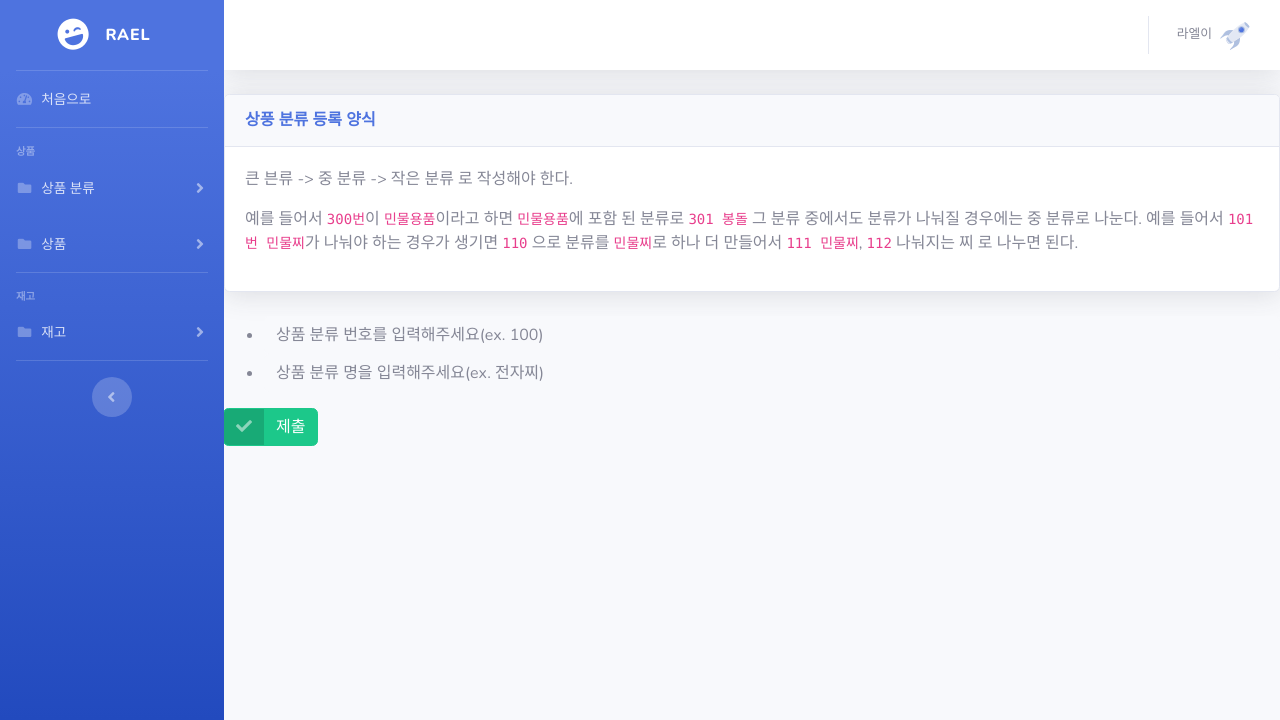
Repository: sww232/springRaelProject
Page: http://localhost/rael/WEB-INF/views/product/category_insert.jsp
The author's editor kept a copy of each file at every save. The page is drawn from the files as they stood at one save, then again after the next save.
The browser window is 1280 px wide. The pictures show the whole page.
The page is served by Tomcat 9. Nobody is signed in. Other server files are loaded and not shown. The template is opened directly, without the code that normally fills it, so the values that code supplies are empty.

Above is the page before, as saved 2022-10-06 19:12:06.

### raelproject3/rael/src/main/webapp/WEB-INF/views/product/category_insert.jsp
<%@ page language="java" contentType="text/html; charset=UTF-8" pageEncoding="UTF-8"%>
<%@ taglib uri="http://java.sun.com/jsp/jstl/core" prefix="c" %>
<%@ taglib prefix="sql" uri="http://java.sun.com/jsp/jstl/sql" %>
<%@ taglib prefix="fmt" uri="http://java.sun.com/jsp/jstl/fmt" %>
<!DOCTYPE html>
<html>
<head>
	    <meta name="viewport" content="width=device-width, initial-scale=1, shrink-to-fit=no">
	    <meta name="description" content="">
	    <meta name="author" content="">
	    <meta charset="UTF-8">
			<title>메인</title>

		<link href="/vendor/fontawesome-free/css/all.min.css" rel="stylesheet" type="text/css">
	    <link
	        href="https://fonts.googleapis.com/css?family=Nunito:200,200i,300,300i,400,400i,600,600i,700,700i,800,800i,900,900i"
	        rel="stylesheet">

	    <!-- Custom styles for this template -->
	    <link href="/css/sb-admin-2.min.css" rel="stylesheet">
	    <script src="/vendor/jquery/jquery.min.js"></script>
	    <script src="/vendor/bootstrap/js/bootstrap.bundle.min.js"></script>

	    <!-- Core plugin JavaScript-->
	    <script src="/vendor/jquery-easing/jquery.easing.min.js"></script>

	    <!-- Custom scripts for all pages-->
	    <script src="/js/sb-admin-2.min.js"></script>

	    <!-- Page level plugins -->
	    <script src="/vendor/datatables/jquery.dataTables.min.js"></script>
	    <script src="/vendor/datatables/dataTables.bootstrap4.min.js"></script>

	    <!-- Page level custom scripts -->
	    <script src="/js/demo/datatables-demo.js"></script>

	    <!-- Custom styles for this page -->
	    <link href="/vendor/datatables/dataTables.bootstrap4.min.css" rel="stylesheet">

	</head>
	<body id="page-top">
	<form>
		<div class="modal fade" id="moaModal1" tabindex="-1" role="dialog" aria-labelledby="exampleModalLabel" aria-hidden="true">

			<div class="modal-dialog" role="document">
				<div class="modal-content">
					<div class="modal-header">
						<h5 class="modal-title" id="exampleModalLabel">상품 등록을 위한 카테고리 선택</h5>
						<button class="close" type="button" data-dismiss="modal" aria-label="Close">
							<span aria-hidden="true">x</span>
						</button>
						</div>
						<div class="modal-body">
							<select name="categoryBox1" id="categoryBox1">
								<option value="defaultValue" selected></option>
								<c:forEach var="list" items="${categorynums}">
									<option value="${list}">
										${list}
									</option>
								</c:forEach>
							</select>
						</div>
					<div class="modal-footer">
						<button class="btn btn-primary" type="button" data-dismiss="modal">Cancel</button>
						<button class="btn btn-primary" type="submit" formaction="/product/product_insert">Choice</button>
					</div>
				</div>
			</div>
		</div>
		<div class="modal fade" id="moaModal2" tabindex="-1" role="dialog" aria-labelledby="exampleModalLabel" aria-hidden="true">

			<div class="modal-dialog" role="document">
				<div class="modal-content">
					<div class="modal-header">
						<h5 class="modal-title" id="exampleModalLabel">상품 추가 등록을 위한 카테고리 선택</h5>
						<button class="close" type="button" data-dismiss="modal" aria-label="Close">
							<span aria-hidden="true">x</span>
						</button>
						</div>
						<div class="modal-body">
							<select name="categoryBox2" id="categoryBox2">
								<option value="defaultValue" selected></option>
								<c:forEach var="list" items="${categorynums}">
									<option value="${list}">
										${list}
									</option>
								</c:forEach>
							</select>
						</div>
					<div class="modal-footer">
						<button class="btn btn-primary" type="button" data-dismiss="modal">Cancel</button>
						<button class="btn btn-primary" type="submit" formaction="/product/product_insert_detail">Choice</button>
					</div>
				</div>
			</div>
		</div>
		<div class="modal fade" id="moaModal3" tabindex="-1" role="dialog" aria-labelledby="exampleModalLabel" aria-hidden="true">

			<div class="modal-dialog" role="document">
				<div class="modal-content">
					<div class="modal-header">
						<h5 class="modal-title" id="exampleModalLabel">상품명/상세정보 수정을 위한 카테고리 선택</h5>
						<button class="close" type="button" data-dismiss="modal" aria-label="Close">
							<span aria-hidden="true">x</span>
						</button>
						</div>
						<div class="modal-body">
							<select name="categoryBox3" id="categoryBox3">
								<option value="defaultValue" selected></option>
								<c:forEach var="list" items="${categorynums}">
									<option value="${list}">
										${list}
									</option>
								</c:forEach>
							</select>
						</div>
					<div class="modal-footer">
						<button class="btn btn-primary" type="button" data-dismiss="modal">Cancel</button>
						<button class="btn btn-primary" type="submit" formaction="/product/product_update">Choice</button>
					</div>
				</div>
			</div>
		</div>
	</form>
	<div id="wrapper">
		 <ul class="navbar-nav bg-gradient-primary sidebar sidebar-dark accordion" id="accordionSidebar">

            <!-- Sidebar - Brand -->
            <a class="sidebar-brand d-flex align-items-center justify-content-center" href="/">
                <div class="sidebar-brand-icon rotate-n-15">
                    <i class="fas fa-laugh-wink"></i>
                </div>
                <div class="sidebar-brand-text mx-3">RAEL</div>
            </a>

            <!-- Divider -->
            <hr class="sidebar-divider my-0">

            <!-- Nav Item - Dashboard -->
            <li class="nav-item">
                <a class="nav-link" href="/">
                    <i class="fas fa-fw fa-tachometer-alt"></i>
                    <span>처음으로</span></a>
            </li>

            <!-- Divider -->
            <hr class="sidebar-divider">

            <!-- Heading -->
            <div class="sidebar-heading">
                상품
            </div>

            <!-- Nav Item - Pages Collapse Menu -->
            <li class="nav-item">
                <a class="nav-link collapsed" href="#" data-toggle="collapse" data-target="#collapseTwo"
                    aria-expanded="true" aria-controls="collapseTwo">
                    <i class="fas fa-fw fa-folder"></i>
                    <span>상품 분류</span>
                </a>
                <div id="collapseTwo" class="collapse" aria-labelledby="headingTwo" data-parent="#accordionSidebar">
                    <div class="bg-white py-2 collapse-inner rounded">
                        <h6 class="collapse-header">상풍 분류 탭</h6>
                        <a class="collapse-item" href="/product/category_select?page=1&recordSize=10&pageSize=10">상품 분류 조회</a>
                        <a class="collapse-item" href="/product/category_insert?insertresult=0">상품 분류 등록</a>
                        <a class="collapse-item" href="/product/category_update">상품 분류 수정</a>
                    </div>
                </div>
            </li>

            <!-- Nav Item - Utilities Collapse Menu -->
            <li class="nav-item">
                <a class="nav-link collapsed" href="#" data-toggle="collapse" data-target="#collapseUtilities"
                    aria-expanded="true" aria-controls="collapseUtilities">
                    <i class="fas fa-fw fa-folder"></i>
                    <span>상품</span>
                </a>
                <div id="collapseUtilities" class="collapse" aria-labelledby="headingUtilities"
                    data-parent="#accordionSidebar">
                    <div class="bg-white py-2 collapse-inner rounded">
                        <h6 class="collapse-header">상품 탭</h6>
                        <a class="collapse-item" href="/product/all_select?page=1&recordSize=10&pageSize=10">상품 조회</a>
                        <a class="collapse-item" href="#" data-toggle="modal" data-target="#moaModal1">
							<i class="fas fa-arrow-right"></i>상품 등록
						</a>
						<a class="collapse-item" href="#" data-toggle="modal" data-target="#moaModal2">
							<i class="fas fa-arrow-right"></i>상품 추가 등록
						</a>
						<a class="collapse-item" href="#" data-toggle="modal" data-target="#moaModal3">
							<i class="fas fa-arrow-right"></i>상품명/상세정보 수정
						</a>
                    </div>
                </div>
            </li>

            <!-- Divider -->
            <hr class="sidebar-divider">

            <!-- Heading -->
            <div class="sidebar-heading">
                재고
            </div>

            <!-- Nav Item - Pages Collapse Menu -->
            <li class="nav-item">
                <a class="nav-link collapsed" href="#" data-toggle="collapse" data-target="#collapsePages"
                    aria-expanded="true" aria-controls="collapsePages">
                    <i class="fas fa-fw fa-folder"></i>
                    <span>재고</span>
                </a>
                <div id="collapsePages" class="collapse" aria-labelledby="headingPages" data-parent="#accordionSidebar">
                    <div class="bg-white py-2 collapse-inner rounded">
                        <h6 class="collapse-header">재고</h6>
                        <a class="collapse-item" href="/stock/stock_select?page=1&recordSize=10&pageSize=10">재고 조회 및 입/출고</a>
                        <div class="collapse-divider"></div>
                        <h6 class="collapse-header">재고 입/출고</h6>
                        <a class="collapse-item" href="/stock/stock_history?page=1&recordSize=10&pageSize=10">내역</a>
                        <a class="collapse-item" href="/stock/stock_history_cancel?page=1&recordSize=10&pageSize=10">취소</a>
                    </div>
                </div>
            </li>

            <!-- Divider -->
            <hr class="sidebar-divider d-none d-md-block">

            <!-- Sidebar Toggler (Sidebar) -->
            <div class="text-center d-none d-md-inline">
                <button class="rounded-circle border-0" id="sidebarToggle"></button>
            </div>

        </ul>

        <!-- End of Sidebar -->

        <!-- Content Wrapper -->
        <div id="content-wrapper" class="d-flex flex-column">

            <!-- Main Content -->
            <div id="content">

                <!-- Topbar -->
                <nav class="navbar navbar-expand navbar-light bg-white topbar mb-4 static-top shadow">

                    <!-- Sidebar Toggle (Topbar) -->
                    <form class="form-inline">
                        <button id="sidebarToggleTop" class="btn btn-link d-md-none rounded-circle mr-3">
                            <i class="fa fa-bars"></i>
                        </button>
                    </form>

                    <!-- Topbar Search
                    <form
                        class="d-none d-sm-inline-block form-inline mr-auto ml-md-3 my-2 my-md-0 mw-100 navbar-search">
                        <div class="input-group">
                            <input type="text" class="form-control bg-light border-0 small" placeholder="Search for..."
                                aria-label="Search" aria-describedby="basic-addon2">
                            <div class="input-group-append">
                                <button class="btn btn-primary" type="button">
                                    <i class="fas fa-search fa-sm"></i>
                                </button>
                            </div>
                        </div>
                    </form>
					-->
                    <!-- Topbar Navbar -->
                    <ul class="navbar-nav ml-auto">

                        <!-- Nav Item - Search Dropdown (Visible Only XS) -->
                        <li class="nav-item dropdown no-arrow d-sm-none">
                            <a class="nav-link dropdown-toggle" href="#" id="searchDropdown" role="button"
                                data-toggle="dropdown" aria-haspopup="true" aria-expanded="false">
                                <i class="fas fa-search fa-fw"></i>
                            </a>
                            <!-- Dropdown - Messages -->
                            <div class="dropdown-menu dropdown-menu-right p-3 shadow animated--grow-in"
                                aria-labelledby="searchDropdown">
                                <form class="form-inline mr-auto w-100 navbar-search">
                                    <div class="input-group">
                                        <input type="text" class="form-control bg-light border-0 small"
                                            placeholder="Search for..." aria-label="Search"
                                            aria-describedby="basic-addon2">
                                        <div class="input-group-append">
                                            <button class="btn btn-primary" type="button">
                                                <i class="fas fa-search fa-sm"></i>
                                            </button>
                                        </div>
                                    </div>
                                </form>
                            </div>
                        </li>
                        <div class="topbar-divider d-none d-sm-block"></div>

                        <!-- Nav Item - User Information -->
                        <li class="nav-item dropdown no-arrow">
                            <a class="nav-link dropdown-toggle" href="#" id="userDropdown" role="button"
                                data-toggle="dropdown" aria-haspopup="true" aria-expanded="false">
                                <span class="mr-2 d-none d-lg-inline text-gray-600 small">라엘이</span>
                                <img class="img-profile rounded-circle"
                                    src="img/undraw_rocket.svg">
                            </a>
                            <!-- Dropdown - User Information -->
                            <div class="dropdown-menu dropdown-menu-right shadow animated--grow-in"
                                aria-labelledby="userDropdown">
                                <div class="dropdown-divider"></div>
                                <a class="dropdown-item" href="#" data-toggle="modal" data-target="#logoutModal">
                                    <i class="fas fa-sign-out-alt fa-sm fa-fw mr-2 text-gray-400"></i>
                                    Logout
                                </a>
                            </div>
                        </li>

                    </ul>

                </nav>
    		<!-- End of Topbar -->

			<div class="card shadow mb-4">
				<div class="card-header py-3 d-flex flex-row align-items-center justify-content-between">
					<h6 class="m-0 font-weight-bold text-primary">상풍 분류 등록 양식</h6>
				</div>
				<div class="card-body">
					<p>
						큰 븐류 -> 중 분류 -> 작은 분류 로 작성해야 한다.
					</p>
					<p>
						예를 들어서 <code>300번</code>이 <code>민물용품</code>이라고 하면 <code>민물용품</code>에 포함 된 분류로 <code>301 봉돌</code>
						그 분류 중에서도 분류가 나눠질 경우에는 중 분류로 나눈다.
						예를 들어서 <code>101번 민물찌</code>가 나눠야 하는 경우가 생기면
						<code>110</code> 으로 분류를 <code>민물찌</code>로 하나 더 만들어서
						<code>111 민물찌</code>, <code>112</code> 나눠지는 찌 로 나누면 된다.
					</p>
				</div>
			</div>


			<form method="POST" action="/product/category_insert/INSERT">
				<ul>
					<li>
						<div class="input-group">
							<input type="text" class="form-control bg-light border-0 small" name="productcategory num" placeholder="상품 분류 번호를 입력해주세요(ex. 100)" autocomplete="off">
						</div>
					</li>
					<li>
						<div class="input-group">
							<input type="text" class="form-control bg-light border-0 small" name="productcategory name"
							placeholder="상품 분류 명을 입력해주세요(ex. 전자찌)" autocomplete="off">
						</div>
					</li>

				</ul>
				<div class="input-group-append">
					<button type="submit" class="btn btn-success btn-icon-split">
						<span class="icon text-white-50">
							<i class="fas fa-check"></i>
						</span>
						<span class="text">제출</span>
					</button>
				</div>
			</form>

			<c:if test="${insertresult == 1}">
				<script type="text/javascript">
					alert("성공적으로 등록 하였습니다.");
				</script>
			</c:if>
    	</div>

	</div>
</body>
</html>

### raelproject3/rael/src/main/resources/static/img/undraw_rocket.svg
<?xml version="1.0" encoding="utf-8"?>
<!-- Generator: Adobe Illustrator 25.0.0, SVG Export Plug-In . SVG Version: 6.00 Build 0)  -->
<svg version="1.1" id="b759170a-51c3-4e2f-999d-77dec9fd6d11"
	 xmlns="http://www.w3.org/2000/svg" xmlns:xlink="http://www.w3.org/1999/xlink" x="0px" y="0px" viewBox="0 0 650.9 610.5"
	 style="enable-background:new 0 0 650.9 610.5;" xml:space="preserve">
<style type="text/css">
	.st0{fill:#AFC0E0;}
	.st1{opacity:0.2;fill:#FFFFFF;enable-background:new    ;}
	.st2{opacity:0.1;enable-background:new    ;}
	.st3{fill:#E3E8F4;}
	.st4{fill:#4E73DF;}
</style>
<path class="st0" d="M174,321c-2-1.6-4.2-3-6.6-4.2c-51.8-26.2-157,67.8-157,67.8L0,372.7c0,0,42.1-43.8,92.4-117.3
	c45.2-66.1,150.7-51.8,171.4-48.3c2.3,0.4,3.6,0.7,3.6,0.7C298.7,288.3,174,321,174,321z"/>
<path class="st1" d="M269.4,213.9c-0.6-2-1.3-4-2-6c0,0-1.2-0.2-3.6-0.7c-20.7-3.5-126.2-17.8-171.4,48.3C42.1,329,0,372.7,0,372.7
	l5.9,6.7c0,0,42.1-43.8,92.4-117.3C143.3,196.3,248,210.2,269.4,213.9z"/>
<path class="st0" d="M337.7,533.4c-79.2,40.8-127.8,77.1-127.8,77.1l-10.5-11.9c0,0,111.1-96.8,85.3-150.9c-0.5-1.2-1.2-2.3-1.9-3.4
	c0,0,47.9-119.6,123.9-78.5c0,0,0.1,1,0.2,2.9C407.8,387.8,409.7,496.3,337.7,533.4z"/>
<path class="st2" d="M174,321c-2-1.6-4.2-3-6.6-4.2c29.3-38.9,61.5-75.5,96.3-109.7c2.3,0.4,3.6,0.7,3.6,0.7
	C298.7,288.3,174,321,174,321z"/>
<path class="st2" d="M406.9,368.6c-38.6,29.6-79.4,56.1-122.3,79.1c-0.5-1.2-1.2-2.3-1.9-3.4c0,0,47.9-119.6,123.9-78.5
	C406.7,365.7,406.8,366.7,406.9,368.6z"/>
<path class="st3" d="M263.6,455.5c-20.3,10.4-41.6,20.5-64,30.2c-33.6,14.6-51.5-2.2-80.7-91.5c0,0,12.5-22.5,37.2-57
	c54.3-75.8,167.5-209.1,336.1-286.7C542.7,27.1,596.1,10.1,650.9,0c0,0-9.1,68.8-62,160.1S439.1,365.3,263.6,455.5z"/>
<circle class="st0" cx="435.6" cy="199.7" r="71.6"/>
<path class="st4" d="M469.2,237.9c-21,18.6-53.1,16.6-71.7-4.5c-7.8-8.8-12.2-20-12.7-31.8c-0.2-4.7,0.3-9.4,1.4-14
	c0.5-2,1.1-4.1,1.9-6c2.9-7.7,7.7-14.5,13.8-19.9c0.3-0.3,0.6-0.5,0.9-0.8c17.1-14.4,41.5-15.9,60.3-3.8c3.5,2.3,6.7,4.9,9.5,7.9
	l1,1.1C492.2,187.2,490.2,219.3,469.2,237.9C469.2,237.8,469.2,237.9,469.2,237.9z"/>
<path class="st0" d="M588.9,160.1c-83-35.2-96.8-109.6-96.8-109.6C542.7,27,596.1,10.1,650.9,0C650.9,0,641.8,68.8,588.9,160.1z"/>
<path class="st0" d="M263.6,455.5c-13.7,7.1-27.9,13.9-42.6,20.7c-7,3.2-14.1,6.4-21.4,9.5c-10.9,4.7-51.5-2.2-80.7-91.5
	c0,0,4.1-7.3,12.1-20c6.1-9.6,14.5-22.2,25.1-37c0,0,11,33.2,41.1,67.3C215.8,425.7,238.4,443,263.6,455.5z"/>
<path class="st3" d="M221,476.2c-7,3.2-14.1,6.4-21.4,9.5c-10.9,4.7-51.5-2.2-80.7-91.5c0,0,4.1-7.3,12.1-20
	C131,374.2,170.2,456.9,221,476.2z"/>
<path class="st1" d="M463.2,157l-0.1,0l-60.1,3.9c-0.3,0.3-0.6,0.5-0.9,0.8c-6.2,5.4-10.9,12.3-13.8,19.9l84.5-16.6L463.2,157z"/>
<path class="st1" d="M438.8,194.3l-53.9,7.3c-0.2-4.7,0.3-9.4,1.4-14l52.8,1.4L438.8,194.3z"/>
<path class="st1" d="M131.7,408.7c0,0,12.5-22.5,37.2-57C223.2,276,336.4,142.7,504.9,65c45.6-21.1,93.3-36.9,142.5-47.3
	C650.1,6.4,650.9,0,650.9,0c-54.8,10.1-108.2,27-158.7,50.5c-168.6,77.7-281.8,211-336.1,286.7c-24.7,34.4-37.2,57-37.2,57
	c11.5,35.3,26.6,57,40.5,70.3C149.4,451.4,139.7,433.3,131.7,408.7z"/>
</svg>

Loaded but not shown: raelproject3/rael/src/main/resources/static/css/sb-admin-2.min.css (library); raelproject3/rael/src/main/resources/static/js/sb-admin-2.min.js (common file); raelproject3/rael/src/main/resources/static/js/demo/datatables-demo.js (common file)

After the next save:
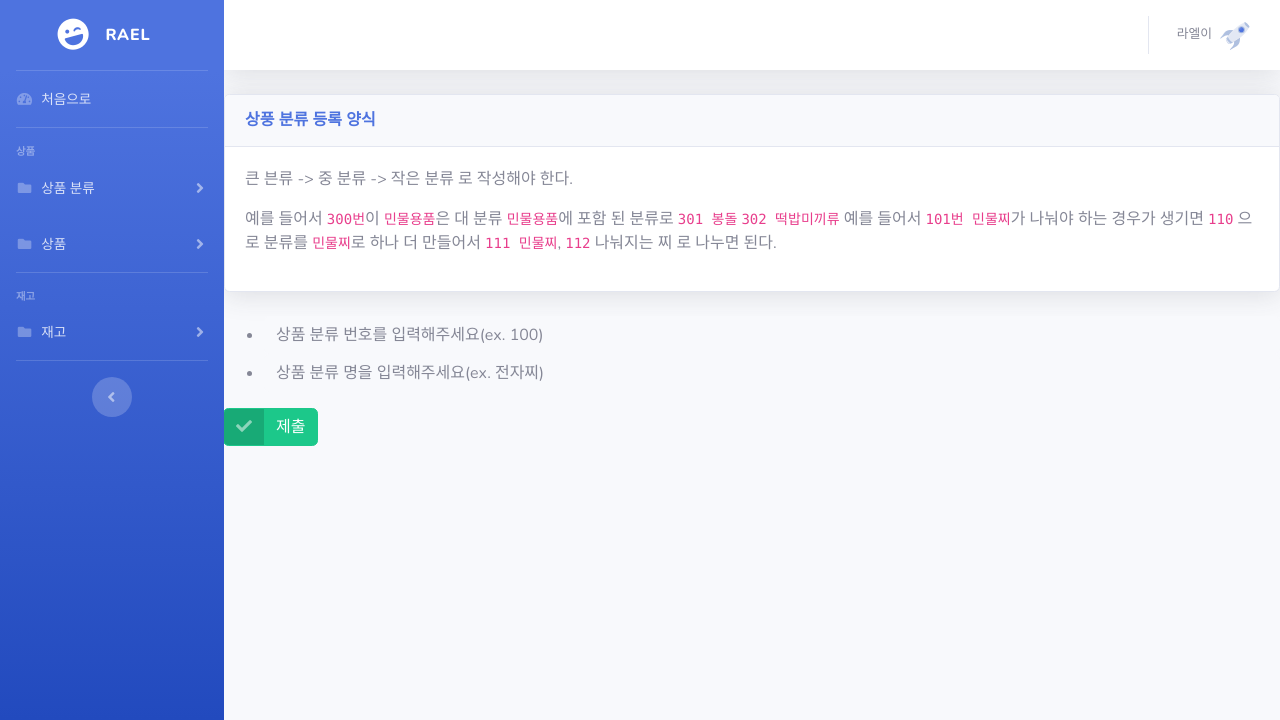
Saved 31 s later.
--- a/raelproject3/rael/src/main/webapp/WEB-INF/views/product/category_insert.jsp
+++ b/raelproject3/rael/src/main/webapp/WEB-INF/views/product/category_insert.jsp
@@ -323,8 +323,8 @@
 						큰 븐류 -> 중 분류 -> 작은 분류 로 작성해야 한다.
 					</p>
 					<p>
-						예를 들어서 <code>300번</code>이 <code>민물용품</code>이라고 하면 <code>민물용품</code>에 포함 된 분류로 <code>301 봉돌</code>
-						그 분류 중에서도 분류가 나눠질 경우에는 중 분류로 나눈다.
+						예를 들어서 <code>300번</code>이 <code>민물용품</code>은 대 분류 <code>민물용품</code>에 포함 된 분류로 <code>301 봉돌</code>
+						<code>302 떡밥미끼류</code>
 						예를 들어서 <code>101번 민물찌</code>가 나눠야 하는 경우가 생기면
 						<code>110</code> 으로 분류를 <code>민물찌</code>로 하나 더 만들어서
 						<code>111 민물찌</code>, <code>112</code> 나눠지는 찌 로 나누면 된다.
